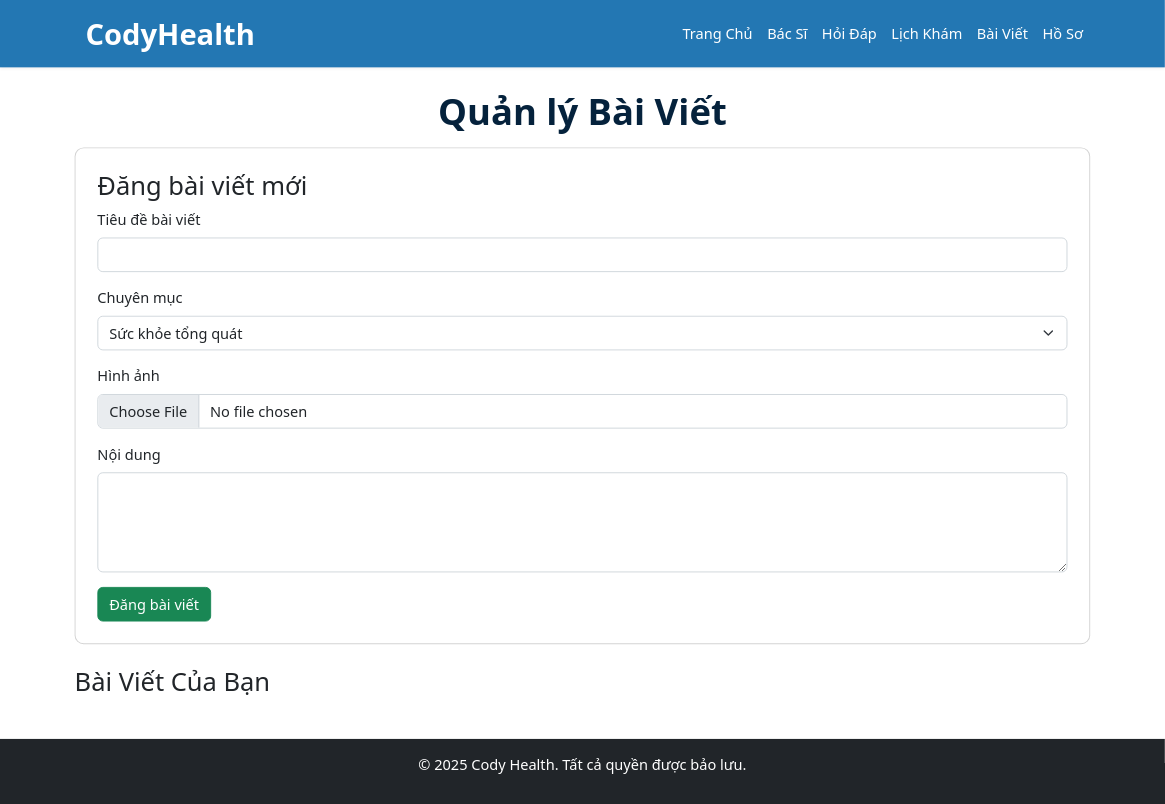
Repository: JonesKhaii/CodySocial
Page: tests/web-test/test.html
The author's editor kept a copy of each file at every save. The page is drawn from the files as they stood at one save, then again after the next save.
The browser window is 1280 px wide. The pictures show the whole page, at 91% of full size.

Above is the page before, as saved 2025-02-10 01:41:08.

After the next save:
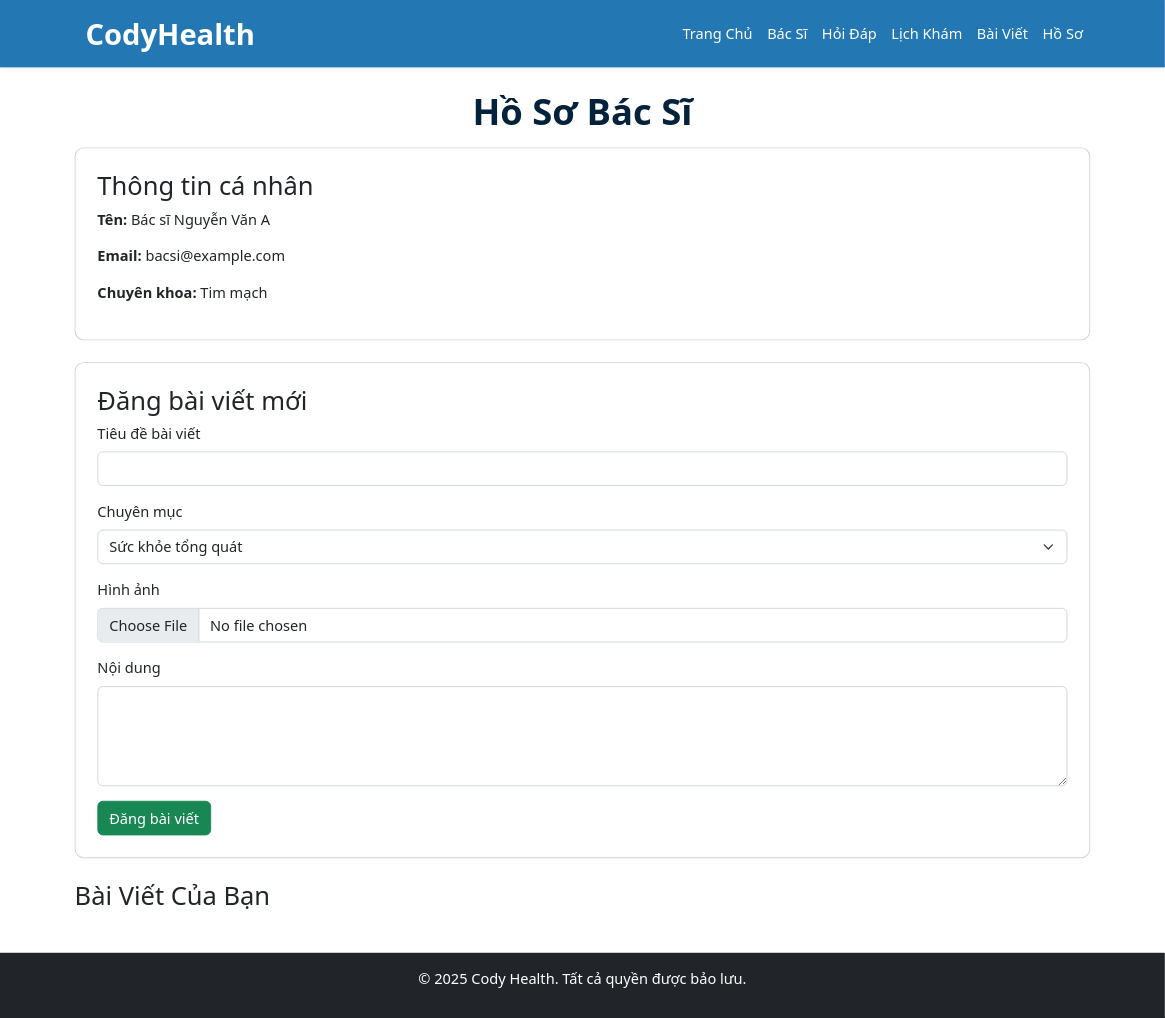
Saved 1 s later.
--- a/tests/web-test/test.html
+++ b/tests/web-test/test.html
@@ -1,7 +1,7 @@
 <!DOCTYPE html>
 <html lang="vi">
     <head>
-        <title>Bài Viết Y Tế - Bác Sĩ</title>
+        <title>Hồ Sơ Bác Sĩ</title>
         <meta charset="UTF-8" />
         <meta name="viewport" content="width=device-width, initial-scale=1.0" />
         <link
@@ -9,7 +9,6 @@
             rel="stylesheet"
         />
         <link rel="stylesheet" href="asset/css/mystyle.css" />
-        <script src="https://cdn.jsdelivr.net/npm/bootstrap@5.2.3/dist/js/bootstrap.bundle.min.js"></script>
         <script src="https://code.jquery.com/jquery-3.6.1.min.js"></script>
     </head>
 
@@ -18,7 +17,9 @@
             class="navbar navbar-expand-lg navbar-light bg-primary shadow-sm"
         >
             <div class="container">
-                <a class="navbar-brand fs-2 text-white" href="#">CodyHealth</a>
+                <a class="navbar-brand fs-2 text-white" href="index.html"
+                    >CodyHealth</a
+                >
                 <button
                     class="navbar-toggler"
                     type="button"
@@ -57,7 +58,15 @@
         </header>
 
         <div class="container mt-4">
-            <h1 class="mb-3 text-center">Quản lý Bài Viết</h1>
+            <h1 class="mb-3 text-center">Hồ Sơ Bác Sĩ</h1>
+
+            <!-- Thông tin bác sĩ -->
+            <div class="card p-4 mb-4">
+                <h3>Thông tin cá nhân</h3>
+                <p><b>Tên:</b> Bác sĩ Nguyễn Văn A</p>
+                <p><b>Email:</b> bacsi@example.com</p>
+                <p><b>Chuyên khoa:</b> Tim mạch</p>
+            </div>
 
             <!-- Form đăng bài viết -->
             <div id="postArticleSection" class="card p-4 mb-4">
